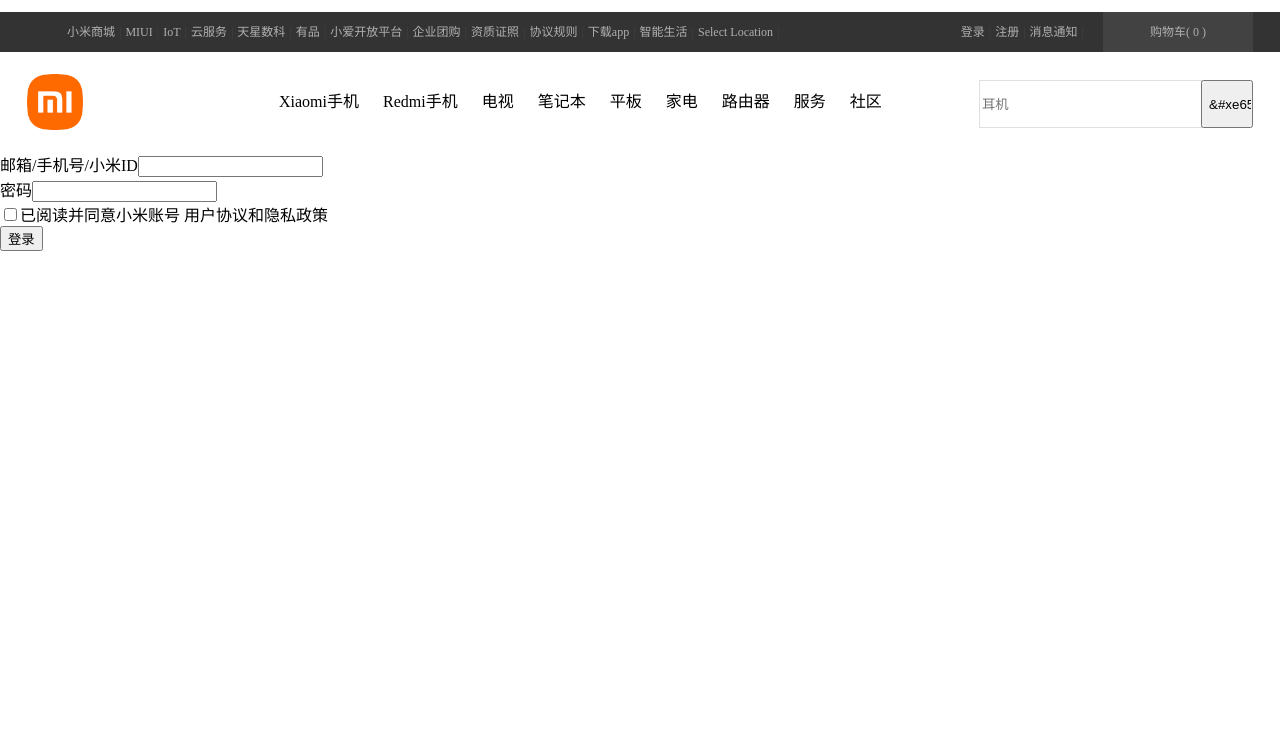
Repository: PLA-31695/Xiaomi
Page: /#/login
An editor plug-in stored every save of this project. The page is shown before and after the next save, followed by the edit.
The browser window is 1280 px wide. The pictures show the whole page.
The project was rebuilt for these pictures with package versions that can differ from the ones it lists, and the page was loaded fresh each time. Also part of the build but not shown: vue.config.js, src/views/Home/home.vue, src/views/Register/register.vue.

Above is the page before, as saved 2022-03-21 13:16:11.

### src/main.js
import Vue from 'vue'
import App from './App.vue'
import router from '@/router'
import '@/assets/css/global.css'

Vue.config.productionTip = false

new Vue({
  router,
  render: h => h(App),
}).$mount('#app')

### src/App.vue
<template>
 <div>
    <MyHeader></MyHeader>
  <router-view></router-view>
 </div>
</template>

<script>
import MyHeader from '@/components/Header/my-header'
export default {
  name: 'App',
  components: {
    MyHeader
  }
}
</script>

<style>
#app {
  font-family: Avenir, Helvetica, Arial, sans-serif;
  -webkit-font-smoothing: antialiased;
  -moz-osx-font-smoothing: grayscale;
  text-align: center;
  color: #2c3e50;
  margin-top: 60px;
}
</style>

### src/router/index.js
//配置router
import Vue from 'vue'
import VueRouter from 'vue-router'

Vue.use(VueRouter)


import Home from '@/views/Home/home'
import Register from '@/views/Register/register'
import Login from '@/views/Login/login'

export default new VueRouter({
    routes: [
        {
            path: '/home',
            component:Home
        },
        {
            path: '/register',
            component:Register
        },
        {
            path: '/login',
            component:Login
        }
    ],
    // mode: {
    //     history
    // }
})

### src/assets/css/global.css
html,body,#app{
    height: 100%;
    width:100%;
    margin:0;
    padding:0;
    box-sizing: border-box;
}
.container{
    width: 1226px;
    margin: 0 auto;
}
ul{
    margin-top: 0;
    list-style: none;
}
a{
    color: white;
    text-decoration: none;
}

### src/components/Header/my-header.vue
<template>
   <header class="header">
        <div class="site-topbar">
            <div class="container">
                <div class="topbar-left">
                    <ul>
                        <li>小米商城</li>
                        <li>MIUI</li>
                        <li>IoT</li>
                        <li>云服务</li>
                        <li>天星数科</li>
                        <li>有品</li>
                        <li>小爱开放平台</li>
                        <li>企业团购</li>
                        <li>资质证照</li>
                        <li>协议规则</li>
                        <li>下载app</li>
                        <li>智能生活</li>
                        <li>Select Location</li>
                    </ul>
                </div>
               <div class="topbar-right">
                   <a href="">
                    <div class="topbar-cart">
                        购物车( 0 )
                    </div>
                   </a>
                   <!-- <div class="cart-menu">
                    购物车中还没有商品，赶紧选购吧！
                   </div> -->
                   <div class="topbar-usrInfo">
                    <ul>
                        <li>登录</li>
                        <li>注册</li>
                        <li>消息通知</li>
                    </ul>
                </div>
               </div>
            </div>

        </div>
        <div class="site-header">
            <div class="container">
                <div class="header-logo">
                    <a href="index.html" title="小米官网">小米官网</a>
                </div>
                <div class="header-nav">
                    <ul>
                        <li class="nav-item">Xiaomi手机</li>
                        <li class="nav-item">Redmi手机</li>
                        <li class="nav-item">电视</li>
                        <li class="nav-item">笔记本</li>
                        <li class="nav-item">平板</li>
                        <li class="nav-item">家电</li>
                        <li class="nav-item">路由器</li>
                        <li class="nav-item">服务</li>
                        <li class="nav-item">社区</li>
                    </ul>
                </div>
                <div class="header-search">
                    <input type="search" placeholder="耳机" class="search-text">
                    <input type="submit" class="search-btn" value="&#xe651;">
                </div>
            </div>
        </div>
   </header>
</template>

<script>
export default {
    name:'my-header'
}
</script>

<style lang="less">
    .site-topbar{
        height: 40px;
        background-color: #333;
        color:#b0b0b0;
        font-size:12px;
        line-height: 40px;
        .topbar-left{
            ul li {
                float: left;
                display: inline-block;
            }
            ul li::after{
                content: "|";
                display: inline-block;
                margin: 0 4px;
                color: #424242;
            }
        }
        .topbar-right{
            .topbar-cart{
                float: right;
                margin-left: 15px;
                width: 150px;
                height: 40px;
                text-align: center;
                background-color: #424242;
                color: #b0b0b0;
            }
            .topbar-usrInfo{
                float: right;
                height: 40px;
                line-height: 40px;
                ul li{
                    float:left;
                }
                ul li::after{
                content: "|";
                display: inline-block;
                margin: 0 4px;
                color: #424242;
            }
            }
        }
    }

    .site-header{
        height: 100px;
        .header-logo{
            float: left;
            a::before{
                content: "";
                display: inline-block;
                width: 56px;
                height: 56px;
                margin-top: 22px;
                background: url('../../assets/images/logo-mi2.png');
                background-size: 56px 56px;
                background-repeat: no-repeat;
            }
        }
        .header-nav{
            float: left;
            width: 800px;
            height: 100px;
            margin-left: 80px;
            line-height: 100px;
            ul li {
                float: left;
                margin: 0 12px;
                font-size: 16px;

            }
        }
        .header-search{
            position: relative;
            .search-text{
                position: absolute;
                top: 28px;
                right: 51px;
                height: 48px;
                width: 223px;
                border:1px solid #e0e0e0;
            }
            .search-btn{
                position: absolute;
                top: 28px;
                right: 0;
                height: 48px;
                width: 52px;
            }
        }
    }
</style>

### src/views/Login/login.vue
<!--  -->
<template>
  <div class="login">
    <form action="">
      <div class="username" id="username">
        <label for="username" class="float-label" :class="{active:isActive}">邮箱/手机号/小米ID</label>
        <input type="text" @focus="changeStyle" />
      </div>
      <div class="password" id="password">
        <label for="password" class="float-label">密码</label>
        <input type="password" />
      </div>
      <div class="checkbox">
        <input type="checkbox" />已阅读并同意小米账号 用户协议和隐私政策
      </div>
    </form>
    <button type="submit">登录</button>
  </div>
</template>

<script>
export default {
  components: {},
  data() {
    return {
        isActive:false
    };
  },
  computed: {},
  watch: {},
  //方法集合
  methods: {
      changeStyle(){
          this.isActive = true
      }
  },
  created() {},
  mounted() {},
  beforeCreate() {}, //生命周期 - 创建之前
  beforeMount() {}, //生命周期 - 挂载之前
  beforeUpdate() {}, //生命周期 - 更新之前
  updated() {}, //生命周期 - 更新之后
  beforeDestroy() {}, //生命周期 - 销毁之前
  destroyed() {}, //生命周期 - 销毁完成
  activated() {}, //如果页面有keep-alive缓存功能，这个函数会触发
};
</script>
<style lang='less' scoped>
//@import url(); 引入公共css类
.login {
    .username .password{
        position: relative;
        input{
            height: 60px;
            min-width: 354px;
            outline: none;
            padding: 30px 20px 10px;
            box-sizing: border-box;
            // border:none
        }
        .float-label{
            position: absolute;
            top:20px;
            left:20px;
            font-size: 17px;
            color: rgba(0,0,0,.4);
            transition: all .15s;
        }
        .active{
            top: 6px;
            font-size: 6px;
            color:#aaa;
        }
    }
}
</style>

Loaded but not shown: public/index.html (common file)

After the next save:
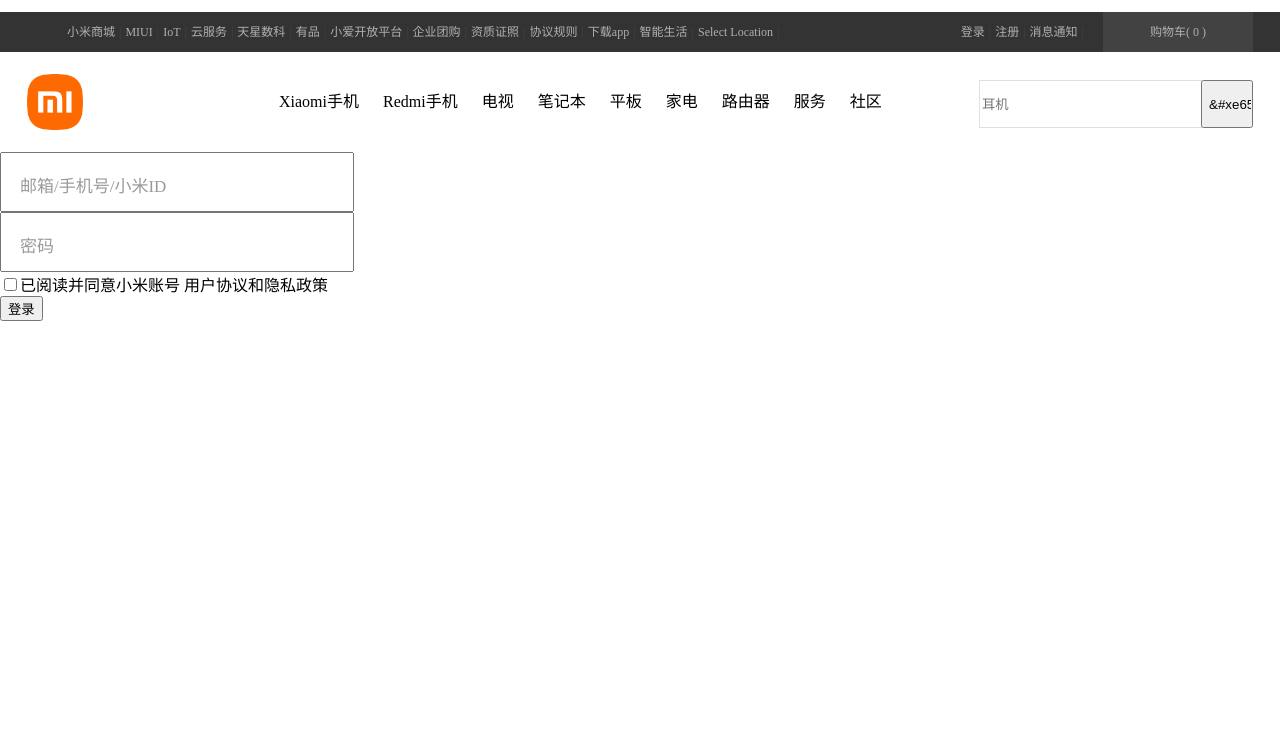
Saved 12 s later.
--- a/src/views/Login/login.vue
+++ b/src/views/Login/login.vue
@@ -48,7 +48,7 @@
 <style lang='less' scoped>
 //@import url(); 引入公共css类
 .login {
-    .username .password{
+    .username,.password{
         position: relative;
         input{
             height: 60px;
